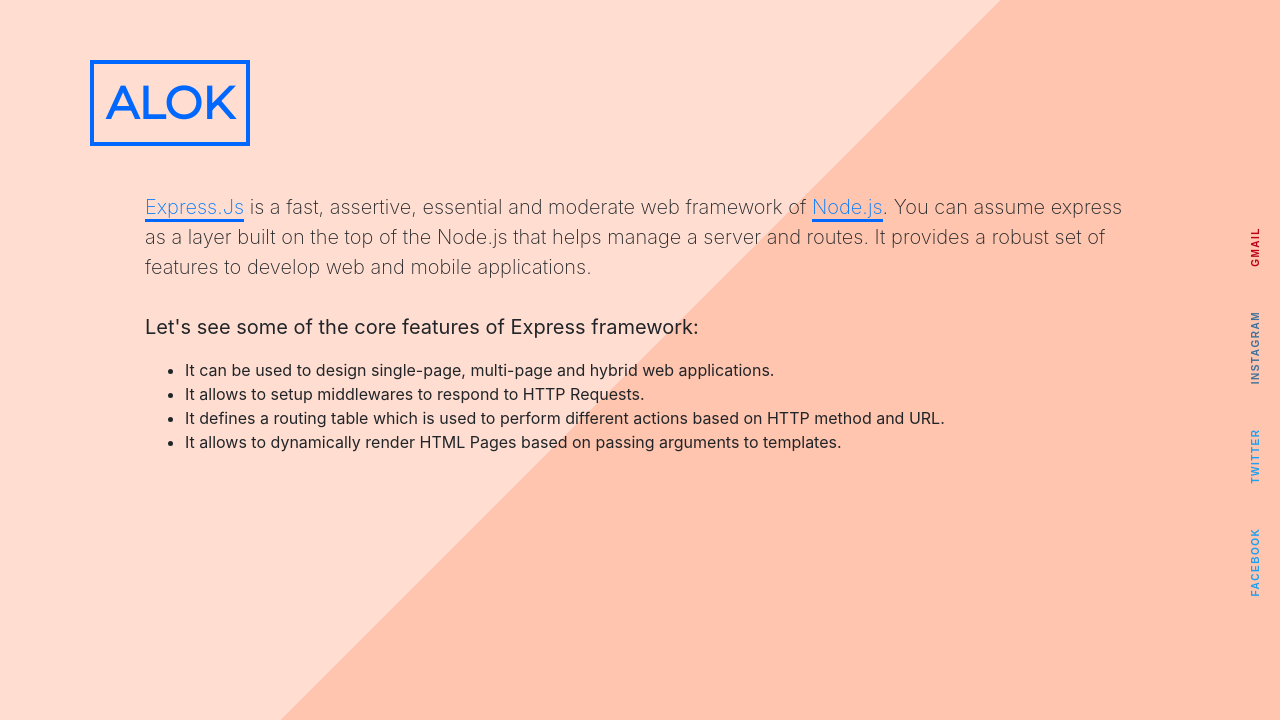
Repository: AalokJadhav/Being_Express.Js
Page: public/Hello_World_Page/index.html
These files come from the project's save history. The page is drawn as it stood at one moment and after the next save; the edit follows.
The browser window is 1280 px wide. The pictures show the whole page.
Some web fonts or font styles are not loaded; a fallback is used.

Above is the page before, as saved 2020-11-10 06:47:40.

### public/Hello_World_Page/index.html
<!doctype html>
<html>

<head>
  <meta charset="utf-8">
  <link href="http://fonts.googleapis.com/css?family=Source+Sans+Pro:400,700|Montserrat" rel="stylesheet"
    type="text/css">
  <link rel="stylesheet" type="text/css" href="css/style2.css">
  <link rel="icon" href="favicon.png" type="image/x-icon">
  <title>Hello World</title>
  <link rel="stylesheet" href="https://stackpath.bootstrapcdn.com/bootstrap/4.5.2/css/bootstrap.min.css">
<link rel="stylesheet" href="https://maxcdn.bootstrapcdn.com/font-awesome/4.7.0/css/font-awesome.min.css">
<script src="https://code.jquery.com/jquery-3.5.1.min.js"></script>
<script src="https://cdn.jsdelivr.net/npm/popper.js@1.16.1/dist/umd/popper.min.js"></script>
<script src="https://stackpath.bootstrapcdn.com/bootstrap/4.5.2/js/bootstrap.min.js"></script>
</head>

<body>
  <div class="wrapper">
    <div class="container">
      <header>
        <h1 class="name">Alok</h1>
      </header>
      <article>

        <p>
          <a href="https://en.wikipedia.org/wiki/Express.js" target="_blank">Express.Js</a> is a fast, assertive, essential and moderate web framework of
          <a href="https://en.wikipedia.org/wiki/Node.js" target="_blank">Node.js</a>.
          You can assume express as a layer built on the top of the Node.js that helps manage a server and routes. It provides a robust set of
          features to develop web and mobile applications.
          <br><br>
          <b>Let's see some of the core features of Express framework:</b>
          <ul>

          <li>It can be used to design single-page, multi-page and hybrid web applications.</li>
          <li>It allows to setup middlewares to respond to HTTP Requests.</li>
          <li>It defines a routing table which is used to perform different actions based on HTTP method and URL.</li>
          <li>It allows to dynamically render HTML Pages based on passing arguments to templates.</li>
        </ul>
        </p>

      </article>

      <footer>
        <ul class="meta inline-list">
          <li><a href="https://www.facebook.com/" target="_blank" style="color: #1da1f2; font-weight: bolder;">Facebook</a></li>
          <li><a href="https://twitter.com/" target="_blank" style="color: #1da1f2; font-weight: bolder;">Twitter</a></li>
          <li><a href="https://www.instagram.com/" target="_blank" style="color: #3f729b ; font-weight: bolder;">Instagram</a></li>
          <li><a href="https://www.google.com/" target="_blank" style="color: #BB001B; font-weight: bolder;">Gmail</a></li>
        </ul>
      </footer>
    </div>
  </div>
</body>

</html>

### public/Hello_World_Page/css/style2.css
body {font-family: Montserrat, Helvetica Neue, sans-serif; margin: 0 auto; line-height: 2em; padding: 12px; box-sizing: border-box; color: #333; overflow: auto;
background: #ffded1; /* Old browsers */
background: -moz-linear-gradient(-45deg,  #ffded1 0%, #ffded1 50%, #ffc5af 50%, #ffc5af 100%); /* FF3.6+ */
background: -webkit-gradient(linear, left top, right bottom, color-stop(0%,#ffded1), color-stop(50%,#ffded1), color-stop(50%,#ffc5af), color-stop(100%,#ffc5af)); /* Chrome,Safari4+ */
background: -webkit-linear-gradient(-45deg,  #ffded1 0%,#ffded1 50%,#ffc5af 50%,#ffc5af 100%); /* Chrome10+,Safari5.1+ */
background: -o-linear-gradient(-45deg,  #ffded1 0%,#ffded1 50%,#ffc5af 50%,#ffc5af 100%); /* Opera 11.10+ */
background: -ms-linear-gradient(-45deg,  #ffded1 0%,#ffded1 50%,#ffc5af 50%,#ffc5af 100%); /* IE10+ */
background: linear-gradient(135deg,  #ffded1 0%,#ffded1 50%,#ffc5af 50%,#ffc5af 100%); /* W3C */
filter: progid:DXImageTransform.Microsoft.gradient( startColorstr='#ffded1', endColorstr='#ffc5af',GradientType=1 ); /* IE6-9 fallback on horizontal gradient */

}

body, html {height: 100%;}

.wrapper {box-sizing: border-box; height: 100%; overflow: auto; }


a {text-decoration: none; color: #333; border-bottom: 3px solid #0068FF;}
a:hover {color: #0068FF}
p {font-weight: 200; font-size: 20px;}
.bs-example{
  margin: 20px;
}

.name {font-family: Montserrat; font-size: 45px; text-transform: uppercase; font-weight: 900; padding: 12px; border: 4px solid #0068FF; color: #0068FF; display: inline-block; position: absolute; margin-bottom: 60px; top: 60px; left: 90px;}

.container {margin: 0 auto; width: 700px; padding: 120px 12px 50px; overflow: auto;}
article {padding: 60px;}
/* TODO find better cross-platform characters */
/* article::before {
  content: '\2601';
  position: relative;
  top: 0;
  left: -30px;
  color: #0068FF;
  font-size: 24px;
}
article::after {
  content: '\2A55\2A55\2A55\2A55';
  position: relative;
  top: 40px;
  left: 300px;
  color: #0068FF;
  font-size: 44px;
} */
hr {border-bottom: 3px solid #0068FF;}

.meta {text-transform: uppercase; font-family: Arial, Courier New, Source Sans Pro, sans-serif; font-size: 10px; letter-spacing: .15em;}
.meta a:hover {color: #333;}

.inline-list {list-style: none; margin: 0; padding: 0;}
.inline-list li {display: inline-block;}

footer .inline-list li {margin-right: 40px;}
footer a {border: none; color: #0068FF;}
footer {margin: 0 auto; position: absolute; bottom: 55%; right: -255px; padding: 40px 0 0 0; width: 600px; -webkit-transform: rotate(-90deg);}

After the next save:
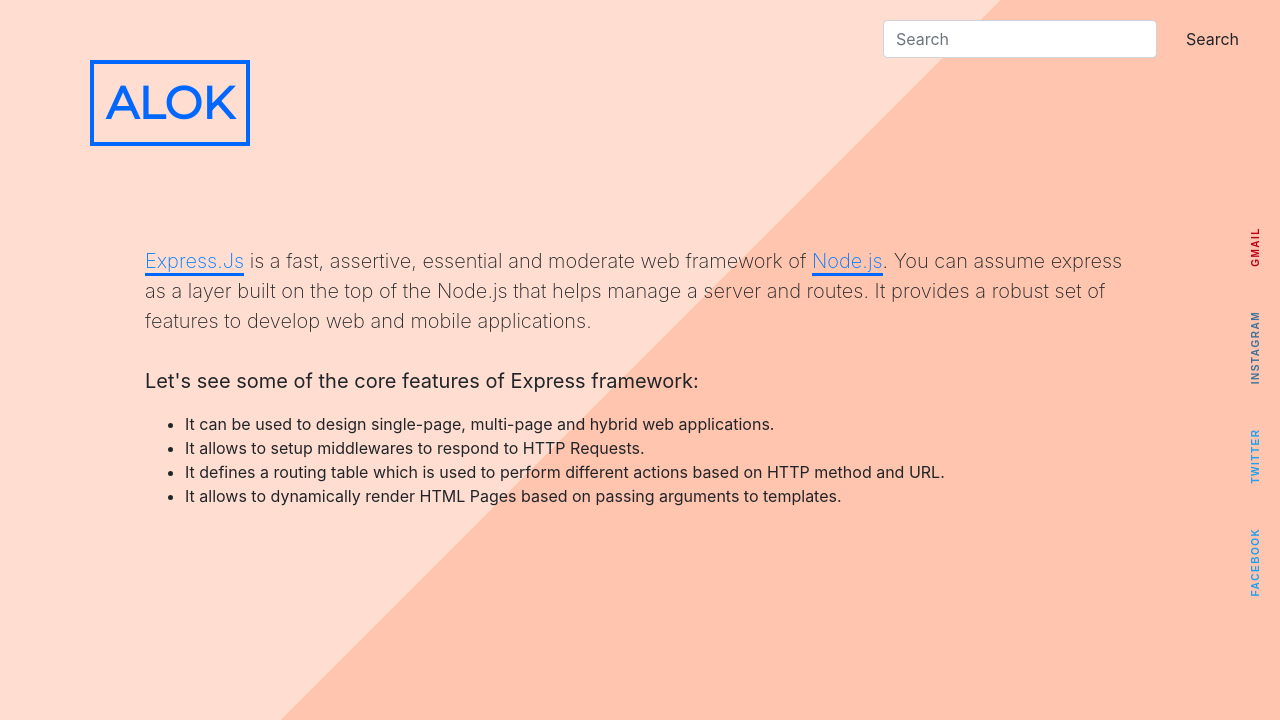
Saved 3 min 23 s later.
--- a/public/Hello_World_Page/index.html
+++ b/public/Hello_World_Page/index.html
@@ -17,6 +17,13 @@
 
 <body>
   <div class="wrapper">
+    <nav class="navbar navbar-dark default-color">
+      <form class="form-inline my-2 my-lg-0 ml-auto">
+        <input class="form-control" type="search" placeholder="Search" aria-label="Search">
+        <button class="btn btn-outline-white btn-md my-2 my-sm-0 ml-3" type="submit">Search</button>
+      </form>
+    </nav>
+    <!--/.Navbar-->
     <div class="container">
       <header>
         <h1 class="name">Alok</h1>
